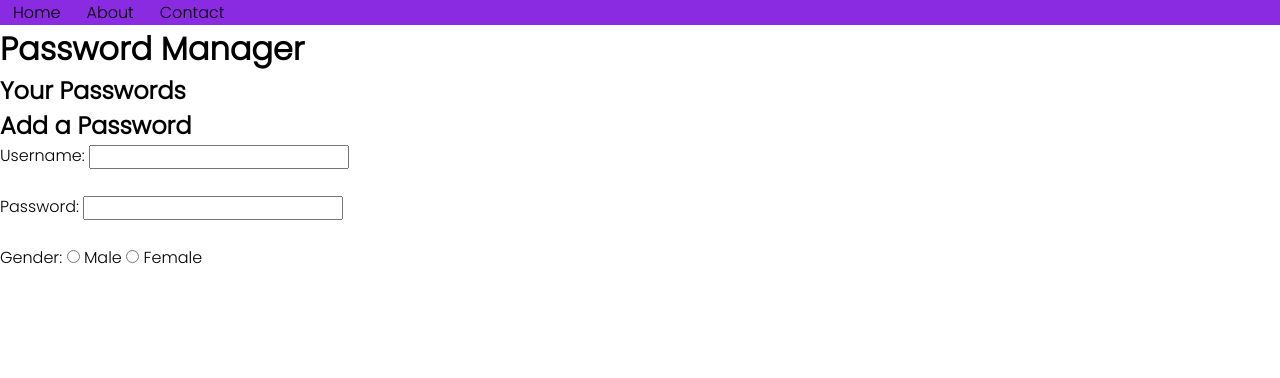
Repository: Abhi2807ar/PASSWORD-MANAGER
Page: index.html
These files come from the project's save history. The page is drawn as it stood at one moment and after a run of saves; the edit follows.
The browser window is 1280 px wide. The pictures show the whole page.

Above is the page before, as saved 2024-10-14 14:40:39.

After the next 2 saves:
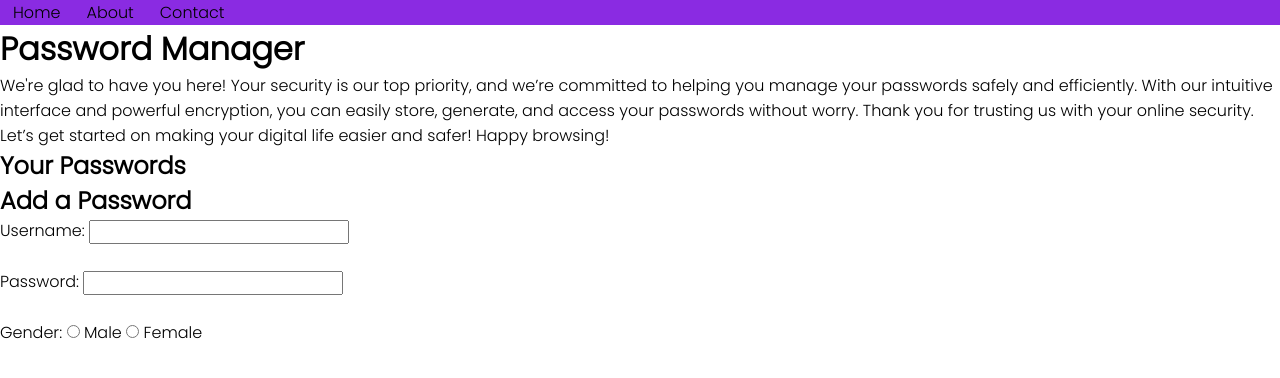
The 2 saves are shown as one change because they came seconds apart.
The last was saved 74 s later.
--- a/index.html
+++ b/index.html
@@ -44,6 +44,13 @@ td{
     </nav>
     <div class="'container">
         <h1>Password Manager</h1>
+        <p>
+            We're glad to have you here! Your security is our top priority, and we’re committed to helping you manage your passwords safely and efficiently. With our intuitive interface and powerful encryption, you can easily store, generate, and access your passwords without worry.
+
+Thank you for trusting us with your online security. Let’s get started on making your digital life easier and safer!
+
+Happy browsing!
+        </p>
         <h2>Your Passwords</h2>
         <h2>Add a Password</h2>
 
